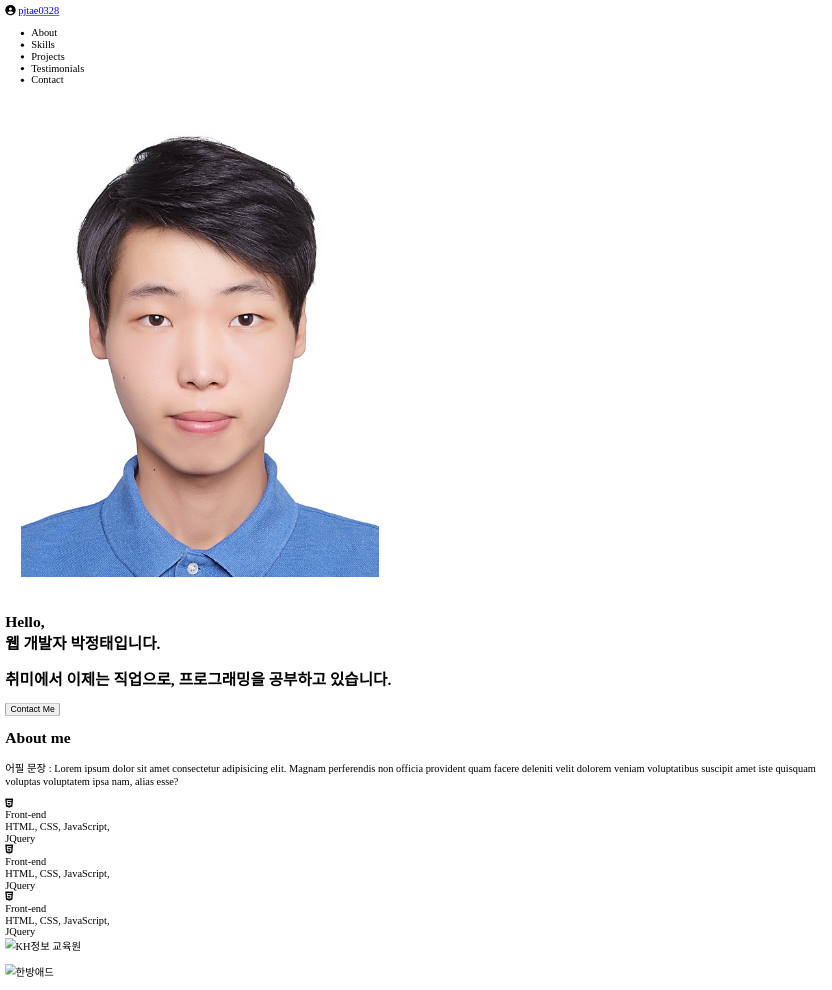
Repository: pjtae0328/Portfolio
Page: index.html
The author's editor kept a copy of each file at every save. The page is drawn from the files as they stood at one save, then again after the next save.
The browser window is 1280 px wide. The pictures show the whole page, at 65% of full size.
Some web libraries are served in a nearby version.

Above is the page before, as saved 2021-08-26 21:42:07.

After the next save:
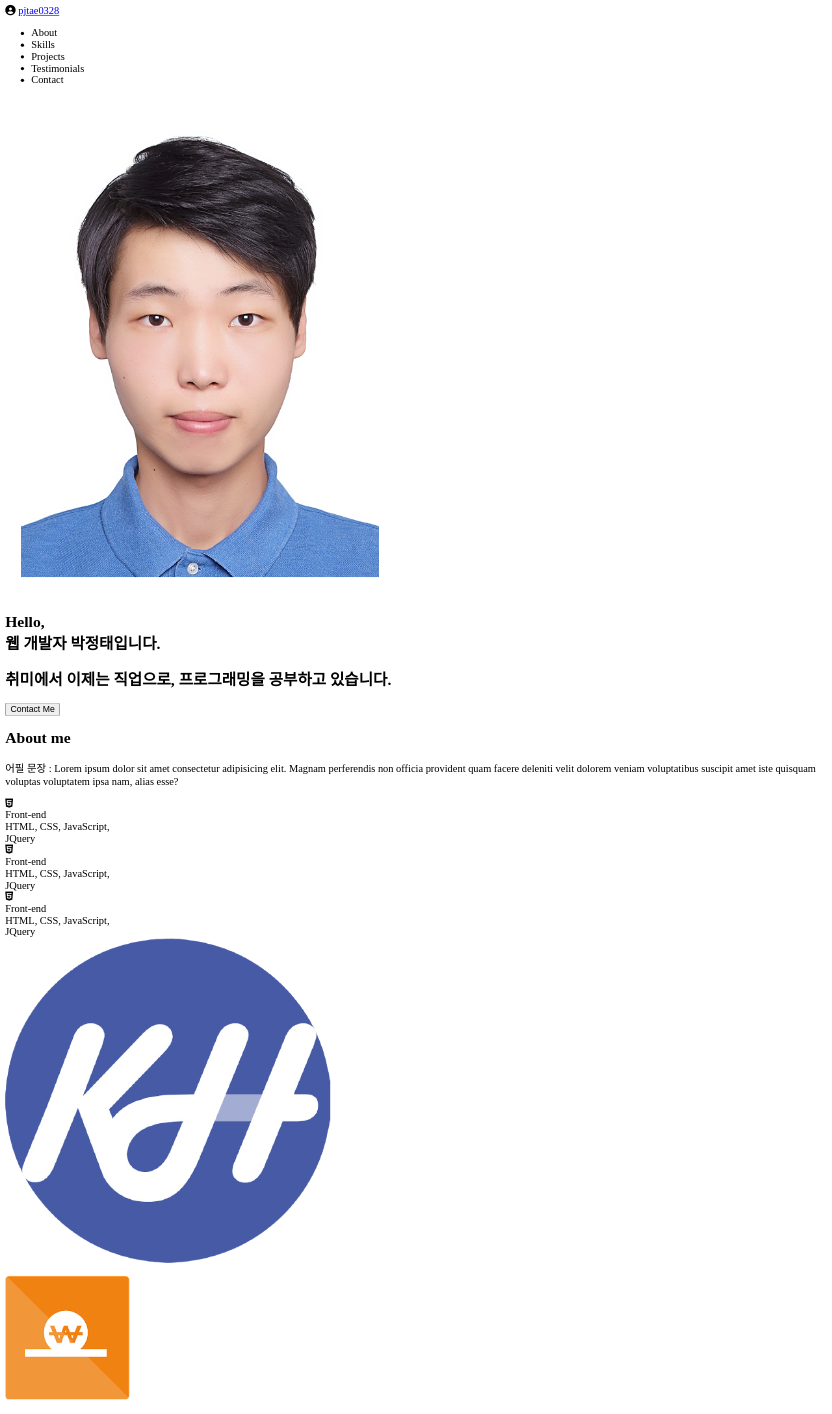
Saved 4 min 14 s later.
--- a/index.html
+++ b/index.html
@@ -89,12 +89,12 @@
 
             <div class="about__experience">
                 <div class="experience">
-                    <img src="" alt="KH정보 교육원">
+                    <img src="imgs/experience/kh.png" alt="KH정보 교육원">
                     <p class="experience__name"></p>
                     <p class="experience__period"></p>
                 </div>
                 <div class="experience">
-                    <img src="" alt="한방애드">
+                    <img src="imgs/experience/hbad.png" alt="한방애드">
                     <p class="experience__name"></p>
                     <p class="experience__period"></p>
                 </div>
